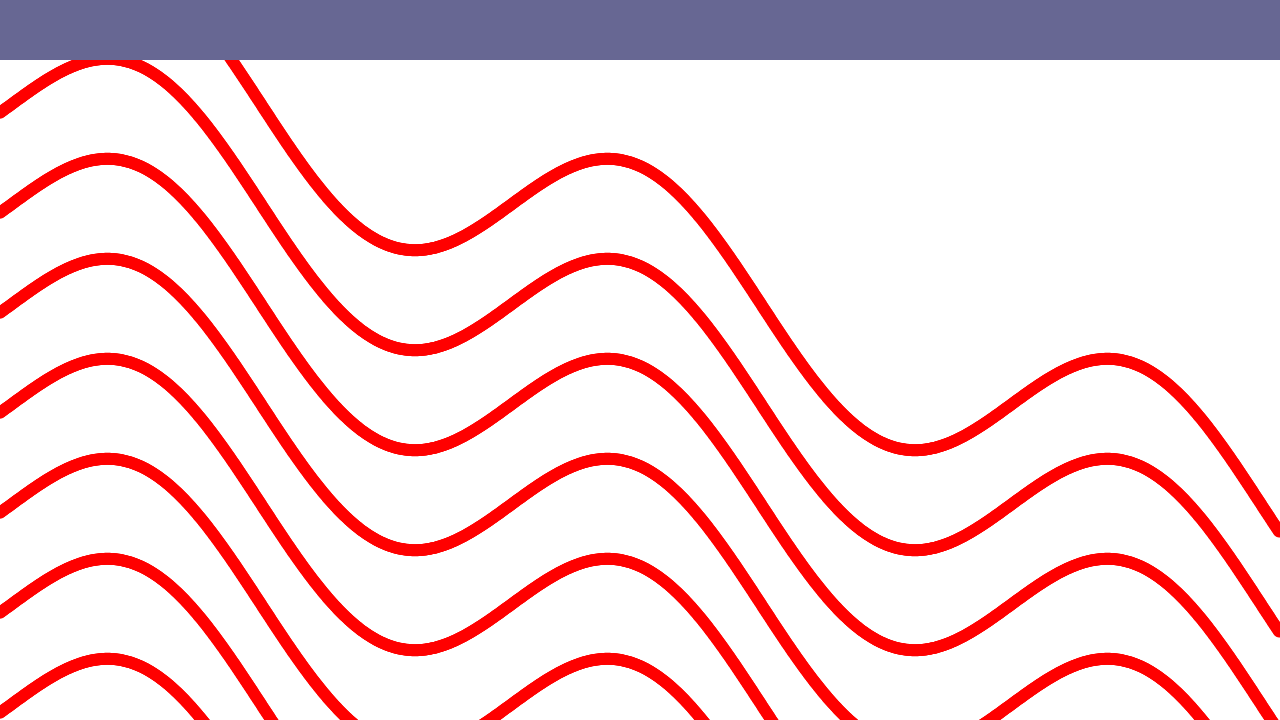
Repository: Iban-del/ProjetBacIban
Page: index.html
An editor plug-in stored every save of this project. The page is shown before and after the next save, followed by the edit.
The browser window is 1280 px wide. The pictures show the whole page.

Above is the page before, as saved 2025-02-18 20:13:27.

After the next save:
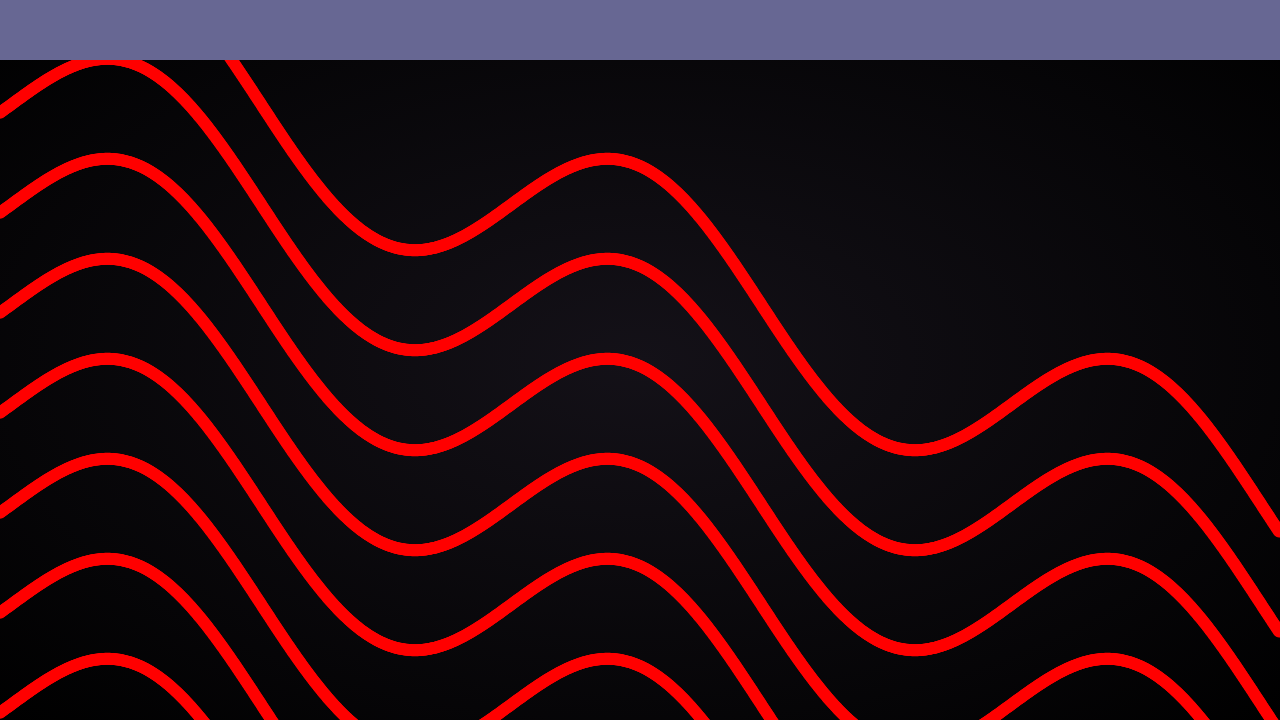
Saved 12 s later.
--- a/js/background.js
+++ b/js/background.js
@@ -38,7 +38,7 @@ function canvasStyle(canvas){
 
         canvas.height = window.innerHeight;
         canvas.width = window.innerWidth;
-        //canvas.style.background = "radial-gradient("+darkColor.backgrounds2+","+darkColor.backgrounds1+")";
+        canvas.style.background = "radial-gradient("+darkColor.backgrounds2+","+darkColor.backgrounds1+")";
 
         return;
     }
